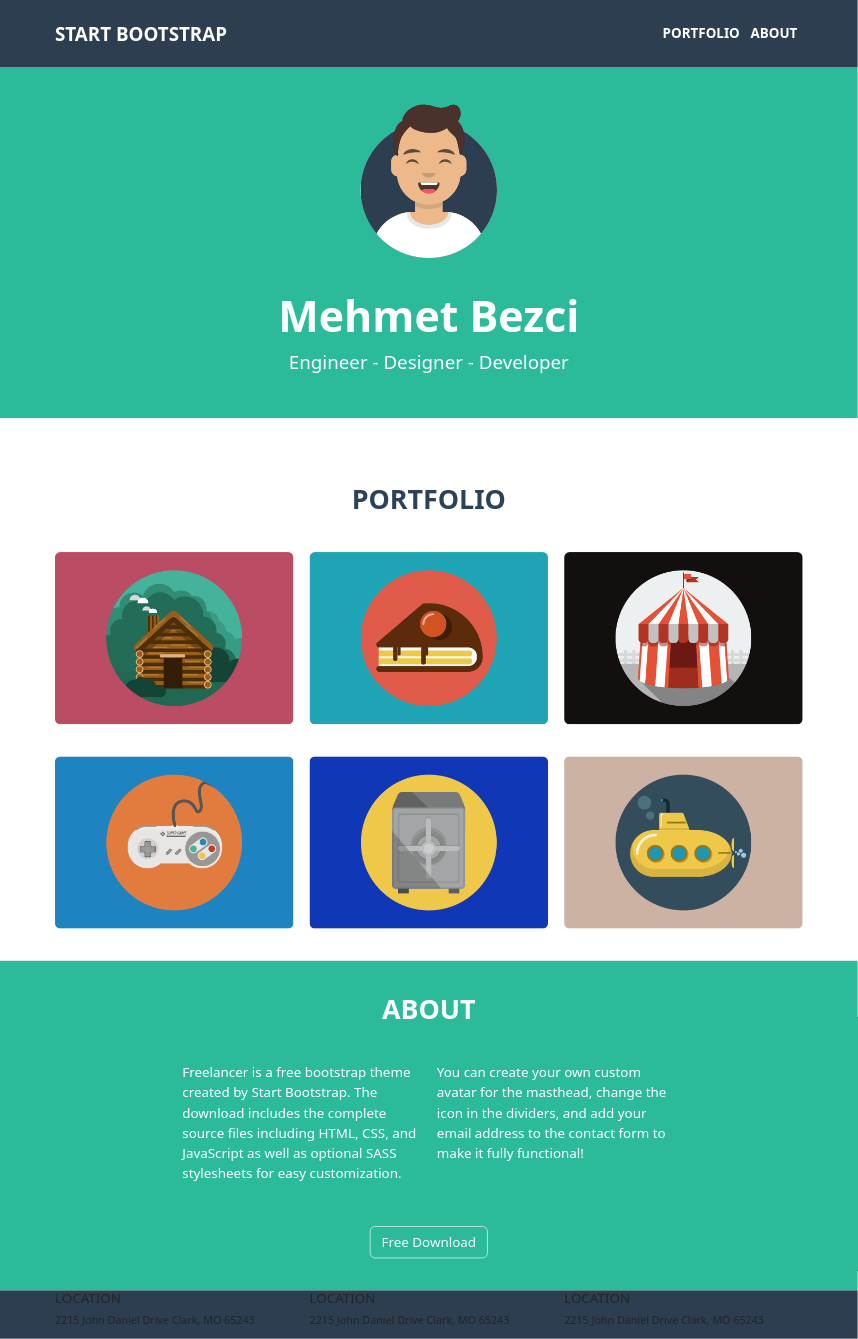
Repository: 7JaxeN7/WT-1255P-Mehmet_BEZC-
Page: index.html
An editor plug-in stored every save of this project. The page is shown before and after the next save, followed by the edit.
The browser window is 1280 px wide. The pictures show the whole page, at 67% of full size.

Above is the page before, as saved 2025-01-07 00:33:06.

### index.html
<!DOCTYPE html>
<html lang="tr">

<head>
  <meta charset="UTF-8">
  <meta name="viewport" content="width=device-width, initial-scale=1.0">
  <link rel="stylesheet" href="style.css">
  <link href="https://cdn.jsdelivr.net/npm/bootstrap@5.3.3/dist/css/bootstrap.min.css" rel="stylesheet"
    integrity="sha384-QWTKZyjpPEjISv5WaRU9OFeRpok6YctnYmDr5pNlyT2bRjXh0JMhjY6hW+ALEwIH" crossorigin="anonymous">
  <title>Start Bootstrap</title>
</head>

<body>
  <!-- Navbar -->
  <header>
    <nav class="navbar navbar-expand-lg navbar-bg">
      <div class="container pt-3 pb-3">
        <a class="navbar-brand text-white fw-bolder fs-3" href="#">START BOOTSTRAP</a>
        <button class="navbar-toggler" type="button" data-bs-toggle="collapse" data-bs-target="#navbarNav"
          aria-controls="navbarNav" aria-expanded="false" aria-label="Toggle navigation">
          <span class="navbar-toggler-icon"></span>
        </button>
        <div class="collapse navbar-collapse" id="navbarNav">
          <ul class="navbar-nav ms-auto">
            <li class="nav-item">
              <a class="nav-link text-white fw-bolder fs-5" href="#">PORTFOLIO</a>
            </li>
            <li class="nav-item">
              <a class="nav-link text-white fw-bolder fs-5" href="#">ABOUT</a>
            </li>
          </ul>
        </div>
      </div>
    </nav>
  </header>
  <!-- Herosection -->
  <div class="herosection-bg pt-5 pb-5">
    <div class="container text-center">
      <img src="/assets/img/avataaars.svg" width="20%" />
      <h1 class="mt-5 text-white fw-bolder display-3">Mehmet Bezci</h1>
      <p class="text-white fs-3">Engineer - Designer - Developer</p>
    </div>
  </div>
  <!-- Portfolio -->
  <div class="portfolio-section">
    <h2 class="text-center mt-5 pt-5 pb-5 fs-1 fw-semibold portfolio-tittle">PORTFOLIO</h2>
    <div class="container">
      <div class="row">
        <div class="col-12 col-md-6 col-lg-4 mb-5">
          <img src="/assets/img/cabin.png" class="img-fluid rounded-3">
        </div>
        <div class="col-12 col-md-6 col-lg-4 mb-5">
          <img src="/assets/img/cake.png" class="img-fluid rounded-3">
        </div>
        <div class="col-12 col-md-6 col-lg-4 mb-5">
          <img src="/assets/img/circus.png" class="img-fluid rounded-3">
        </div>
        <div class="col-12 col-md-6 col-lg-4 mb-5">
          <img src="/assets/img/game.png" class="img-fluid rounded-3">
        </div>
        <div class="col-12 col-md-6 col-lg-4 mb-5">
          <img src="/assets/img/safe.png" class="img-fluid rounded-3">
        </div>
        <div class="col-12 col-md-6 col-lg-4 mb-5">
          <img src="/assets/img/submarine.png" class="img-fluid rounded-3">
        </div>
      </div>
    </div>
  </div>
  <!-- About -->
  <div class="about-section">
    <div class="container">
      <h2 class="about-tittle fs-1 fw-semibold text-center pt-5 pb-5"> ABOUT</h2>
      <div class="row justify-content-center">
        <div class="col-lg-4 fs-5 text-white">
          <p>
            Freelancer is a free bootstrap theme created by Start Bootstrap. The download includes the complete source
            files including HTML, CSS, and JavaScript as well as optional SASS stylesheets for easy customization.
          </p>
        </div>
        <div class="col-lg-4 fs-5 text-white">
          <p>
            You can create your own custom avatar for the masthead, change the icon in the dividers, and add your email
            address to the contact form to make it fully functional!
          </p>
        </div>
      </div>
      <div class="d-flex justify-content-center">
        <button class="mt-5 mb-5 btn btn-outline-light btn-lg">Free Download</button>
      </div>
    </div>
  </div>
  <!-- Footer -->
  <footer>
    <div class="footer-section">
      <div class="container">
        <div class="row">
          <div class="col-lg-4">
            <h5>LOCATION</h5>
            <p>
              2215 John Daniel Drive
              Clark, MO 65243
            </p>
          </div>
          <div class="col-lg-4">
            <h5>LOCATION</h5>
            <p>
              2215 John Daniel Drive
              Clark, MO 65243
            </p>
          </div>
          <div class="col-lg-4">
            <h5>LOCATION</h5>
            <p>
              2215 John Daniel Drive
              Clark, MO 65243
            </p>
          </div>
        </div>
      </div>
    </div>
  </footer>
  <!-- Burası bootstrap script kısmı -->
  <script src="https://cdn.jsdelivr.net/npm/bootstrap@5.3.3/dist/js/bootstrap.bundle.min.js"
    integrity="sha384-YvpcrYf0tY3lHB60NNkmXc5s9fDVZLESaAA55NDzOxhy9GkcIdslK1eN7N6jIeHz"
    crossorigin="anonymous"></script>
</body>

</html>

### style.css
.navbar-bg {
  background-color: #2d3e50 !important;
}
.herosection-bg{
    background-color: #2bbb9b ;
}
.portfolio-tittle{
    color: #2c425a;
}
.about-section{
    background-color: #2bbb9b ;
}
.about-tittle{
    color: #ffffff;
}
.footer-section{
    background-color: #2d3e50;
}

After the next save:
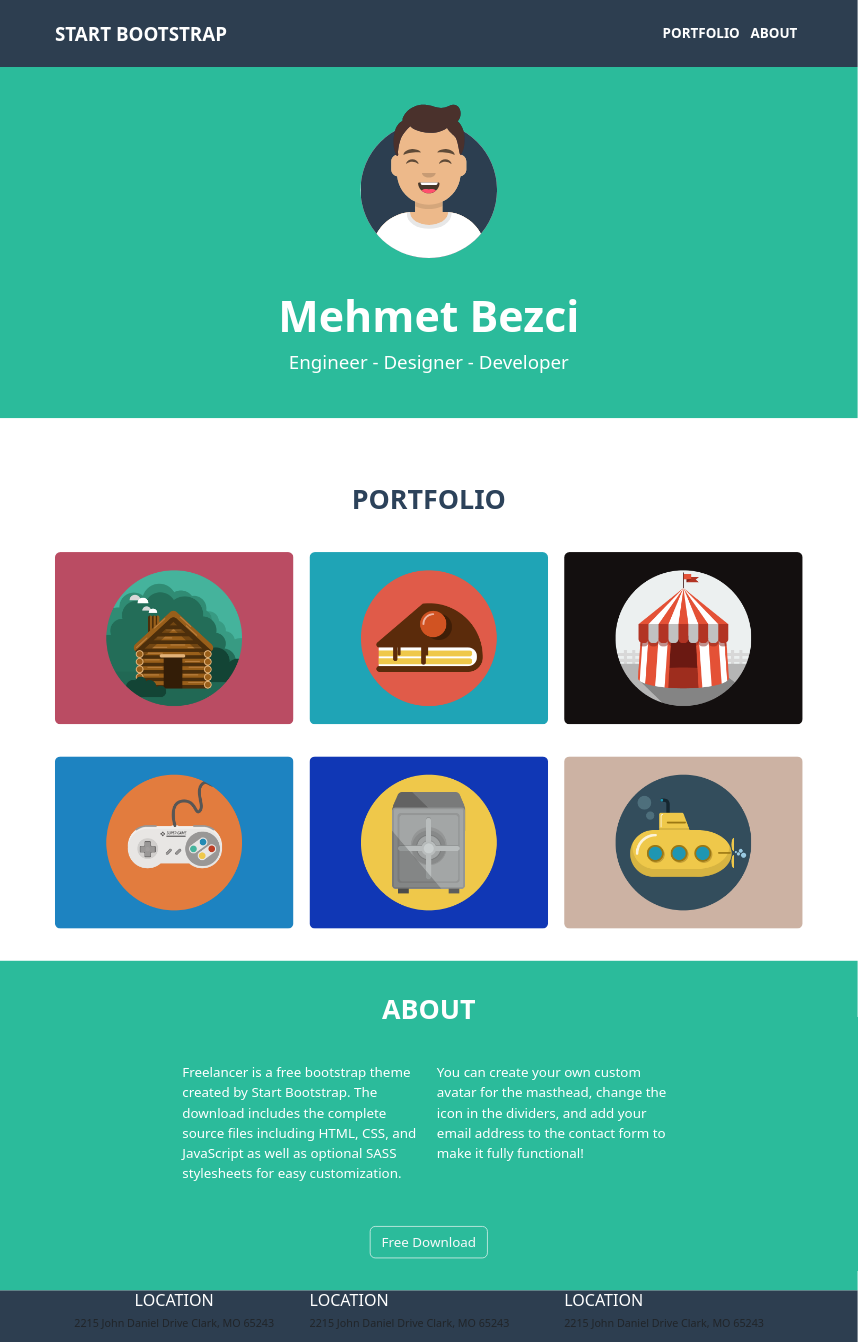
Saved 103 s later.
--- a/index.html
+++ b/index.html
@@ -95,22 +95,22 @@
     <div class="footer-section">
       <div class="container">
         <div class="row">
-          <div class="col-lg-4">
-            <h5>LOCATION</h5>
+          <div class="col-lg-4 text-center">
+            <h5 class="fs-4 text-white">LOCATION</h5>
             <p>
               2215 John Daniel Drive
               Clark, MO 65243
             </p>
           </div>
           <div class="col-lg-4">
-            <h5>LOCATION</h5>
+            <h5 class="fs-4 text-white">LOCATION</h5>
             <p>
               2215 John Daniel Drive
               Clark, MO 65243
             </p>
           </div>
           <div class="col-lg-4">
-            <h5>LOCATION</h5>
+            <h5 class="fs-4 text-white">LOCATION</h5>
             <p>
               2215 John Daniel Drive
               Clark, MO 65243
